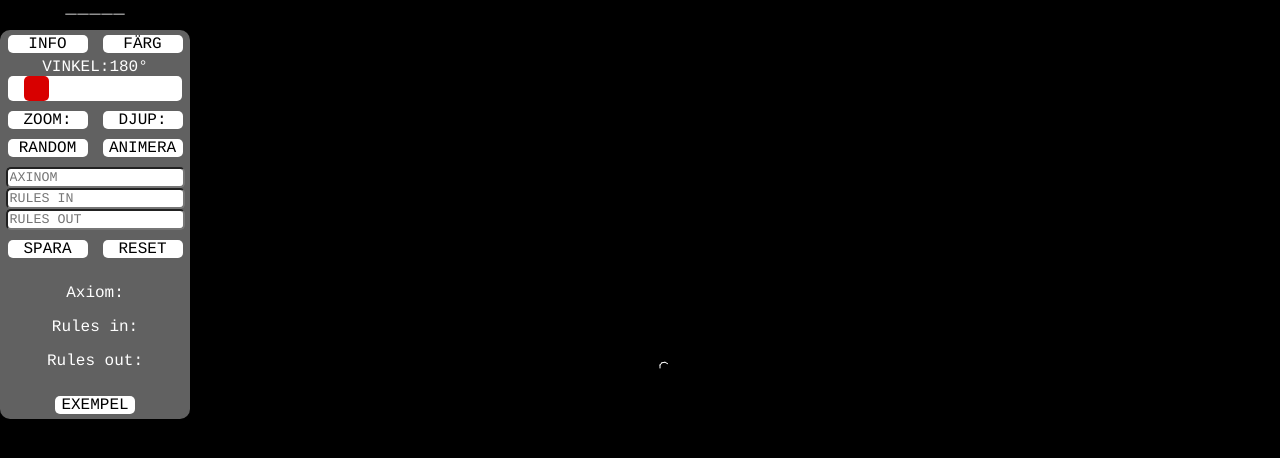
Repository: Gabrielw123/Fraktalgenerator
Page: fraktaler/test/index.html
These files come from the project's save history. The page is drawn as it stood at one moment and after the next save; the edit follows.
The browser window is 1280 px wide. The pictures show the whole page.
Some web libraries are served in a nearby version.

Above is the page before, as saved 2022-01-13 13:52:29.

### fraktaler/test/index.html
<!DOCTYPE html>
<html lang="en">
  <head>
    <meta charset="UTF-8" />
    <meta http-equiv="X-UA-Compatible" content="IE=edge" />
    <meta name="viewport" content="width=device-width, initial-scale=1.0" />
    <link rel="stylesheet" href="style.css" />
    <title>Fraktal Generator</title>
    <script src="https://cdn.jsdelivr.net/npm/p5@1.0.0/lib/p5.js"></script>
    <!--fading-->
    <script
      src="http://ajax.googleapis.com/ajax/libs/jquery/1.7.1/jquery.min.js"
      type="text/javascript"
    ></script>
  </head>
  <body>
    <!--Skapa en canvas-->
    <canvas id="canvas"></canvas>

    <div class="kontroller">
      <div
        style="background: black"
        onmousedown="return false"
        onselectstart="return false"
        class="grid-container1"
      >
        <div class="grid-item">
          <a class="knappgöm" id="gömknapp" onClick="action();">⏤⏤⏤⏤⏤</a>
        </div>
      </div>

      <div
        style="border-top-left-radius: 10px; border-top-right-radius: 10px"
        onmousedown="return false"
        onselectstart="return false"
        class="grid-container"
        id="göm1"
      >
        <div class="grid-item">
          <a class="knapp" id="infoknapp">INFO</a>
        </div>
        <div class="grid-item">
          <a class="knapp" id="colorknapp" onclick="color();">FÄRG</a>
        </div>
      </div>
      <!--slider vinkel-->
      <div class="slider-container" id="göm2">
        <a onmousedown="return false" onselectstart="return false"
          >VINKEL:<span id="vinkel-out"></span>&deg;</a
        >
        <input type="range" min="0" max="360" class="slider" id="vinkel" />
      </div>

      <div
        onmousedown="return false"
        onselectstart="return false"
        class="grid-container"
        id="göm3"
      >
        <div class="grid-item">
          <a class="knapp" id="längdknapp">ZOOM:<span id="segment_n"></span></a>
        </div>
        <div class="grid-item">
          <a class="knapp" id="djupknapp"
            >DJUP:<span id="generation-out"></span
          ></a>
        </div>

        <div class="grid-item">
          <a class="knapp" id="randomknapp" onclick="random();">RANDOM</a>
        </div>
        <div class="grid-item">
          <a class="knapp" id="animeraknapp" onclick="animera();">ANIMERA</a>
        </div>
      </div>

      <div class="grid-container1" id="göm4">
        <div class="grid-item">
          <input
            style="font-family: courier"
            class="input"
            type="text"
            placeholder="AXINOM"
            id="axiom"
          />
          <input
            style="font-family: courier"
            class="input"
            type="text"
            placeholder="RULES IN"
            id="rules1"
          />
          <input
            style="font-family: courier"
            class="input"
            type="text"
            placeholder="RULES OUT"
            id="rules2"
          />
        </div>
      </div>
      <div
        onmousedown="return false"
        onselectstart="return false"
        class="grid-container"
        id="göm5"
      >
        <div class="grid-item">
          <a class="knapp" id="btn">SPARA</a>
        </div>
        <div class="grid-item">
          <a class="knapp" id="resetknapp" onclick="reset();">RESET</a>
        </div>
      </div>
      <div
        style="
          border-bottom-left-radius: 10px;
          border-bottom-right-radius: 10px;
        "
        class="grid-container1"
        id="göm6"
      >
        <div class="grid-item">
          <p>Axiom:<span id="axiom-out"></span></p>
          <p>Rules in:<span id="rules1-out"></span></p>
          <p>Rules out:<span id="rules2-out"></span></p>
          <p></p>
        </div>
        <div class="grid-item">
          <a
            onmousedown="return false"
            onselectstart="return false"
            class="knapp"
            id="exempelknapp"
            onclick="example();"
            >EXEMPEL</a
          >
        </div>
      </div>

      <!--EXEMPEL-->

      <div
        style="border-radius: 10px"
        onmousedown="return false"
        onselectstart="return false"
        class="grid-container"
        id="göm7"
      >
        <div class="grid-item">
          <a class="knappex" id="Board">Board</a>
        </div>
        <div class="grid-item">
          <a class="knappex" id="Crystal">Crystal</a>
        </div>
        <div class="grid-item">
          <a class="knappex" id="Dragon Curve">Dragon Curve</a>
        </div>
        <div class="grid-item">
          <a class="knappex" id="Hexagonal Gosper">Hexagonal Gosper</a>
        </div>
        <div class="grid-item">
          <a class="knappex" id="Kochcurve">Koch curve</a>
        </div>
        <div class="grid-item">
          <a class="knappex" id="Krishna Anklets">Krishna Anklets</a>
        </div>
        <div class="grid-item">
          <a class="knappex" id="Lévy curve">Lévy curve</a>
        </div>
        <div class="grid-item">
          <a class="knappex" id="L-System Bushes 1">L-System Bushes 1</a>
        </div>
        <div class="grid-item">
          <a class="knappex" id="L-System Bushes 2">L-System Bushes 2</a>
        </div>
        <div class="grid-item">
          <a class="knappex" id="Peano Curve">Peano Curve</a>
        </div>
        <div class="grid-item">
          <a class="knappex" id="Quadratic Snowflake">Quadratic Snowflake </a>
        </div>
        <div class="grid-item">
          <a class="knappex" id="Rings">Rings</a>
        </div>
        <div class="grid-item">
          <a class="knappex" id="Sierpinski Arrowhead">Sierpinski Arrowhead</a>
        </div>
        <div class="grid-item">
          <a class="knappex" id="Sierpinskisquare">Sierpinski Square</a>
        </div>
        <div class="grid-item">
          <a class="knappex" id="Snowflake">Snowflake</a>
        </div>
        <div class="grid-item">
          <a class="knappex" id="Tiles">Tiles</a>
        </div>
        <div class="grid-item">
          <a class="knappex" id="Triangle">Triangle</a>
        </div>
        <div class="grid-item">
          <a class="knappex" id="Von Koch Snowflake">Von Koch Snowflake</a>
        </div>
      </div>
    </div>
    <!--Script-->
    <script src="bruh.js">
      example();
            fraktal.update();
    </script>
  </body>
</html>

### fraktaler/test/style.css
body {
  font-family: "courier", monospace;
  background-color: black;
  color: white;
  text-align: center;
}

.input {
  width: 90%;
  border-radius: 5px;
  color: black;
  background: white;
}
.input:hover {
  background: black;
  color: white;
}

.kontroller {
  width: 190px;
  height: 180px;
  margin: auto;
  position: fixed;
  top: 0%;
  left: 0%;
  right: 100%;
}
.grid-container {
  background: rgba(97, 97, 97, 1);
  display: grid;
  grid-template-columns: auto auto;
}

.grid-container1 {
  background: rgba(97, 97, 97, 1);
  display: grid;
  grid-template-columns: auto;
}
.grid-item {
  text-align: center;
  margin: auto;
  padding-top: 5px;
  padding-bottom: 5px;
}
.grid-item1 {
  text-align: center;
  margin: auto;
  padding-top: 5px;
  padding-bottom: 5px;
  width: 300px;
}
#axiom-out {
  text-align: left;
}
.slider-container {
  background: rgba(97, 97, 97, 1);
  display: grid;
  grid-template-columns: auto;
  width: 100%;
  margin: auto;
  padding-bottom: 5px;
}
.slider-handle:hover {
  box-shadow: 0 0 5px green;
}
.slider {
  -webkit-appearance: none;
  width: 92%;
  height: 25px;
  background: white;
  outline: none;
  margin: auto;
  -webkit-transition: 6s;
  transition: opacity 1s;
  border-radius: 5px;
}

.slider:hover {
  background: black;
  color: white;
}

.slider::-webkit-slider-thumb {
  -webkit-appearance: none;
  appearance: none;
  width: 25px;
  height: 25px;
  background: rgb(216, 0, 0);
  cursor: pointer;
  border-radius: 5px;
}

.slider::-moz-range-thumb {
  width: 25px;
  height: 25px;
  background: #ff00ff;
  cursor: pointer;
}

a.knapp {
  display: block;
  background: white;
  color: black;
  width: 80px;
  cursor: pointer;
  border-radius: 5px;
}
a.knapp:hover {
  background: black;
  border-radius: 5px;
  color: white;
}

#canvas {
  position: fixed;
  top: 0px;
  left: 0px;
  z-index: -1;
}

a.knappon {
  display: block;
  width: 80px;
  background: black;
  color: white;
  cursor: pointer;
  border-radius: 5px;
}
a.knappex {
  background: white;
  color: black;
  text-align: center;
  cursor: pointer;
  font-size: 13px;
  width: 85px;
  height: 35px;
  display: table-cell;
  vertical-align: middle;
  border-radius: 5px;
}
a.knappex:hover {
  background: black;
  border-radius: 5px;
  color: white;
}
.span {
  width: 500px;
}
.knappgöm {
  display: block;
  background: black;
  color: white;
  width: 85px;
  height: 20px;
  cursor: pointer;
  font-size: 15px;
  border-radius: 5px;
}
a.knappgöm:hover {
  background: white;
  border-radius: 5px;
  color: black;
}

Loaded but not shown: fraktaler/test/bruh.js (762 lines, source omitted)

After the next save:
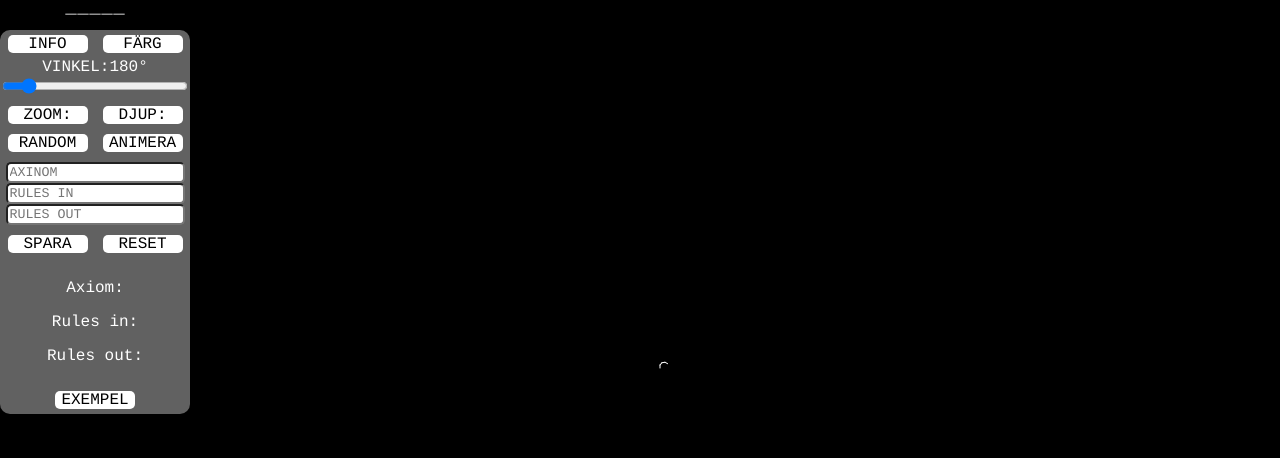
Saved 38 s later.
--- a/fraktaler/test/style.css
+++ b/fraktaler/test/style.css
@@ -63,7 +63,7 @@
 .slider-handle:hover {
   box-shadow: 0 0 5px green;
 }
-.slider {
+.slider-slider-thumb.hover {
   -webkit-appearance: none;
   width: 92%;
   height: 25px;

After the save that followed:
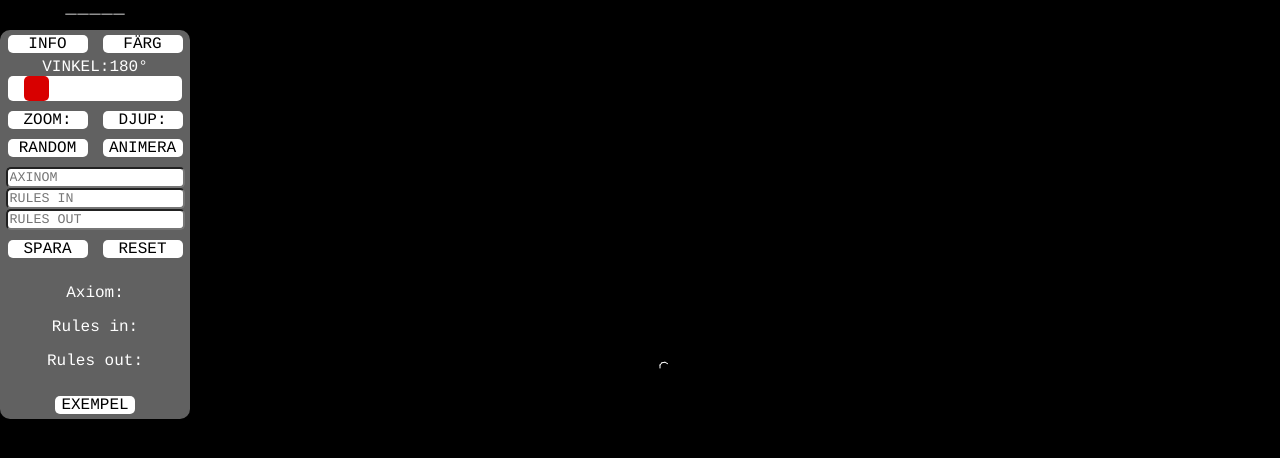
Saved 6 s later.
--- a/fraktaler/test/style.css
+++ b/fraktaler/test/style.css
@@ -60,10 +60,10 @@
   margin: auto;
   padding-bottom: 5px;
 }
-.slider-handle:hover {
+.slider-thumb:hover {
   box-shadow: 0 0 5px green;
 }
-.slider-slider-thumb.hover {
+.slider {
   -webkit-appearance: none;
   width: 92%;
   height: 25px;
